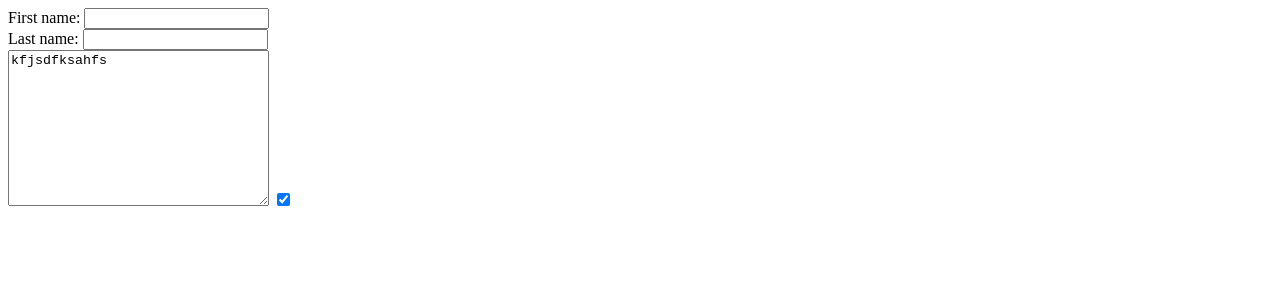
Repository: N1connys/person
Page: review.html
The author's editor kept a copy of each file at every save. The page is drawn from the files as they stood at one save, then again after a run of saves.
The browser window is 1280 px wide. The pictures show the whole page.

Above is the page before, as saved 2023-02-20 21:20:49.

After the next 2 saves:
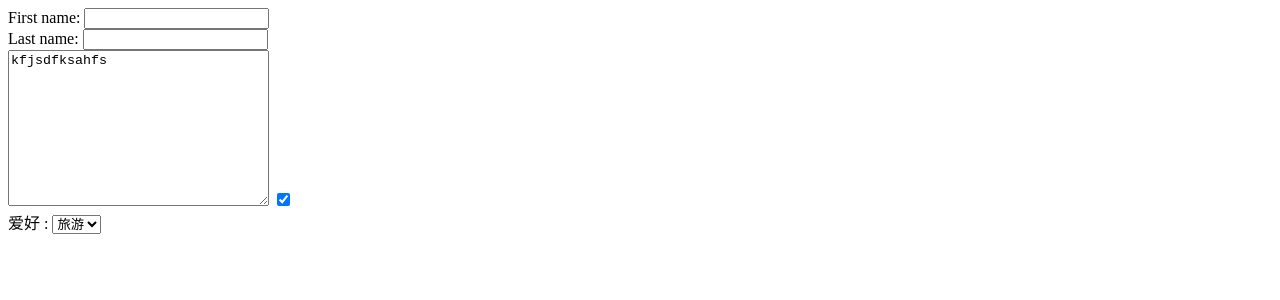
The 2 saves are shown as one change because they came seconds apart.
The last was saved 52 s later.
--- a/review.html
+++ b/review.html
@@ -15,5 +15,14 @@ Last name: <input type="password" name="lastname">
 <!-- col 列数，row 行数 -->
 <!-- 复选框 -->
 <input type="checkbox" name="111" value="dasdasd" checked="checked">
+<form action="save.php" method="post" >
+    <label> 爱好 :</label>
+    <select>
+    <option value=" 看书 "> 看书 </option>
+    <option value=" 旅游 " selected="selected"> 旅游 </option>
+    <option value=" 运动 "> 运动 </option>
+    <option value=" 购物 "> 购物 </option>
+    </select>
+</form>
 </body>
 </html>
